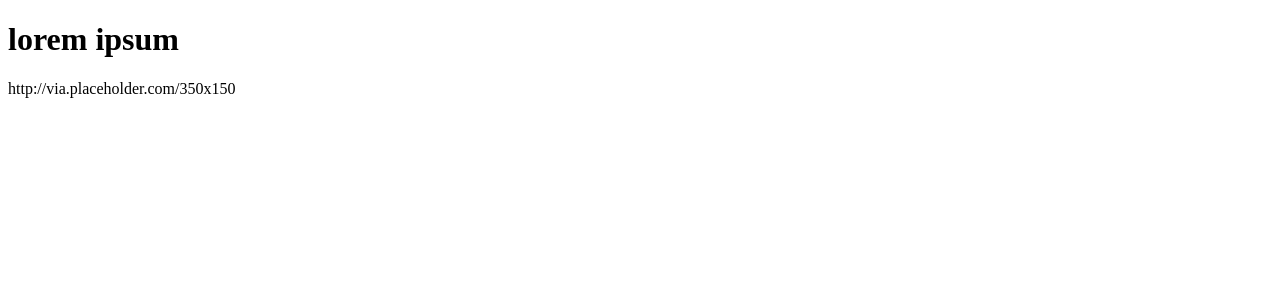
Repository: conchaasensio/ejercicios-en-clase-j
Page: modulo-2/leccion-2.1/ejercicio-6/index.html
These files come from the project's save history. The page is drawn as it stood at one moment and after the next save; the edit follows.
The browser window is 1280 px wide. The pictures show the whole page.

Above is the page before, as saved 2020-06-29 17:02:57.

### modulo-2/leccion-2.1/ejercicio-6/index.html
<!DOCTYPE html>
<html lang="es">
  <head>
    <meta charset="UTF-8" />
    <meta name="viewport" content="width=device-width, initial-scale=1.0" />
    <title>Lorem ipsum</title>
  </head>
  <body>
    <div></div>
    <script src="./main.js"></script>
  </body>
</html>

### modulo-2/leccion-2.1/ejercicio-6/main.js
'use strict';

const h1 = document.createElement('h1');
const span = document.createElement('div');
const p = document.createElement('p');
const div = document.querySelector('div');

h1.innerHTML = 'lorem ipsum';
div.appendChild(h1);
span.innerHTML = 'http://via.placeholder.com/350x150';
div.appendChild(span);
console.log(span);
p.innerHTML = 'Lorem ipsum dolor sit amet, consectetur adipisicing elit';
console.log(p);

After the next save:
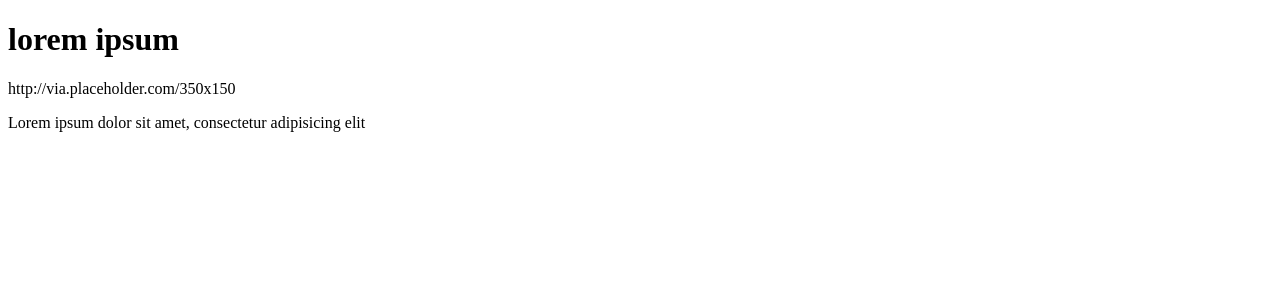
Saved 13 s later.
--- a/modulo-2/leccion-2.1/ejercicio-6/main.js
+++ b/modulo-2/leccion-2.1/ejercicio-6/main.js
@@ -9,6 +9,5 @@ h1.innerHTML = 'lorem ipsum';
 div.appendChild(h1);
 span.innerHTML = 'http://via.placeholder.com/350x150';
 div.appendChild(span);
-console.log(span);
 p.innerHTML = 'Lorem ipsum dolor sit amet, consectetur adipisicing elit';
-console.log(p);
+div.appendChild(p);
